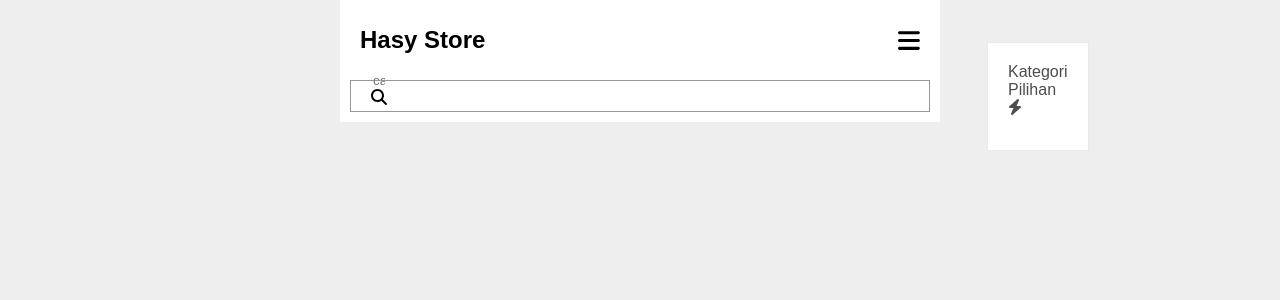
Repository: HabibAsyrof/project-akhir
Page: http://localhost/
The author's editor kept a copy of each file at every save. The page is drawn from the files as they stood at one save, then again after a run of saves.
The browser window is 1280 px wide. The pictures show the whole page.
Some web libraries are served in a nearby version. The page is served by the project's Laravel application, run on PHP 8.4 with Laravel 12. Queries for data that is not in the repository find no rows.

Above is the page before, as saved 2024-10-15 08:51:48.

After the next 3 saves:
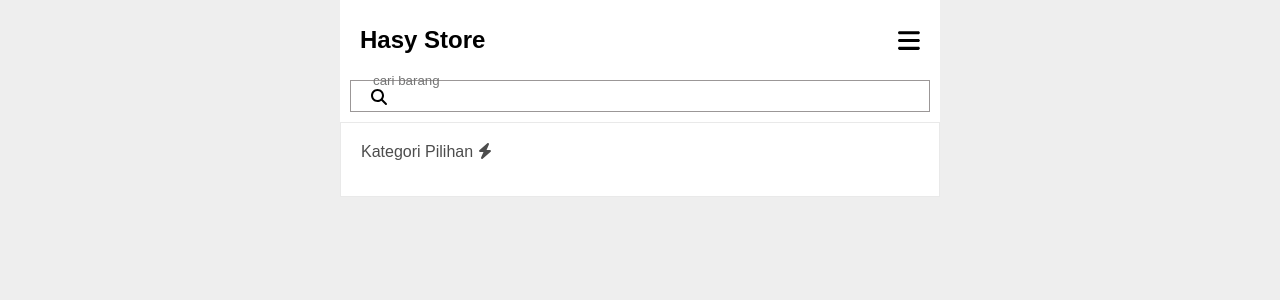
The 3 saves are shown as one change because they came seconds apart.
The last was saved 12 s later.
--- a/resources/views/components/search.blade.php
+++ b/resources/views/components/search.blade.php
@@ -1,6 +1,7 @@
 <div class="search animasi-cuy">
-<form action="">
+    <form action="">
 
         <input type="text" placeholder="cari barang">
         <i class="fa-solid fa-magnifying-glass"></i>
-</form>
+    </form>
+</div>
